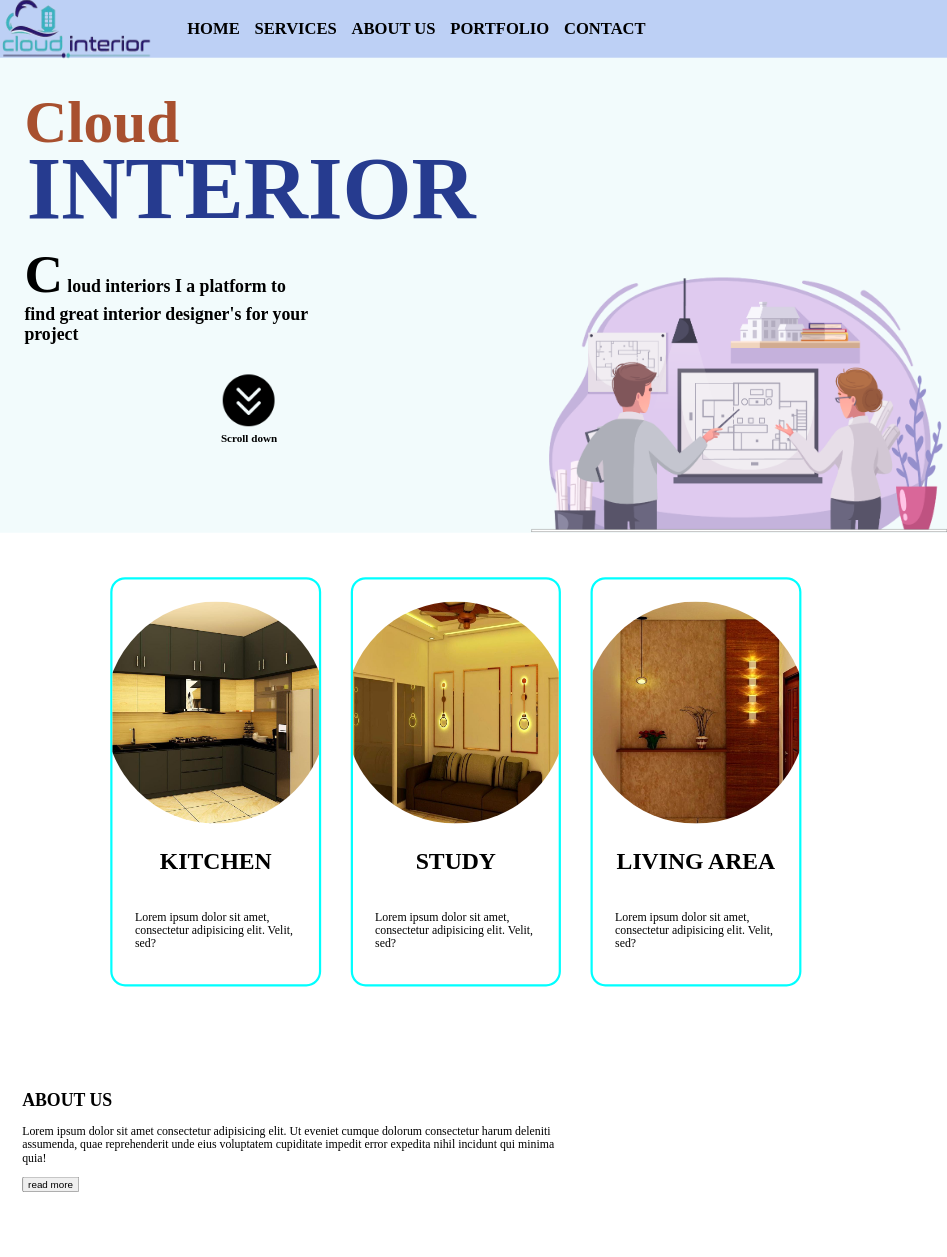
Repository: Ganavid/ganavidgowda.github.io
Page: cloud interior/‌index.html
The author's editor kept a copy of each file at every save. The page is drawn from the files as they stood at one save, then again after a run of saves.
The browser window is 1280 px wide. The pictures show the whole page, at 74% of full size.

Above is the page before, as saved 2023-03-04 02:59:21.

### cloud interior/‌index.html
<!DOCTYPE html>
<html lang="en">

<head>
    <meta charset="UTF-8">
    <meta http-equiv="X-UA-Compatible" content="IE=edge">
    <meta name="viewport" content="width=device-width, initial-scale=1.0">
    <link rel="stylesheet" href="interial.css">
    <title>cloud</title>
</head>

<body>
    <div id="mainr">
    <nav id="navbar">
        <div id="logocnt">
            <img id="logo" src="Layer 2.png" alt="the company" width="100px" height="50px">

        </div>
        <ul id="contents">
            <li class="item">
                <a href="interial.html">HOME</a>
            </li>
            <li class="item">
                <a href="#SERVICES">SERVICES</a>
            </li>
            <li class="item">
                <a href="about.html">ABOUT US</a>
            </li>
            <li class="item">
                <a href="gallery.html">PORTFOLIO</a>
            </li>
            <li class="item">
                <a href="register.html">CONTACT</a>
            </li>
        </ul>
    </nav>
</div>
    <div id="content2">
        <div id="subcontent">
            <h1>Cloud <br><span>Interior</span> </h1>
            <p><span>C</span>   loud interiors I a platform
                to find great interior designer's
                for your project
            </p>
            <img src="scroll.png" alt="scroll down" id="scro">
            <p style="font-size: 15px;align-self: center;">Scroll down</p>
        </div>

        <div id="subcntimg">
            <img src="Group 1.png" alt=" studio" id="starter">
        </div>
    </div>

    <div id="ser">
        <!-- <h2 style="text-align: center;">SERVICES WE OFFER</h2> -->
        <div id="services">

            <div class="items">
                <img class="img1" src="ki1.jpeg" width="200px" height="300px" alt="kitchen">
                <h3 style="font-size: 200%;font-family: Montserrat;font-weight: SemiBold;text-transform: capitalize;">KITCHEN</h3>
                <p>Lorem ipsum dolor sit
                    amet, consectetur adipisicing
                    elit. Velit, sed?
                </p>
            </div>
            <div class="items">
                <img class="img1" src="h4.jpeg" width="200px" height="300px" alt="studyroom">
                <h3 style="font-size: 200%;font-family: Montserrat;font-weight: SemiBold; text-transform: capitalize;">STUDY</h3>
                <p>Lorem ipsum dolor sit
                    amet, consectetur adipisicing
                    elit. Velit, sed?
                </p>
            </div>
            <div class="items">
                <img class="img1" src="h2.jpeg" width="200px" height="300px" alt="bathroom">
                <h3 style="font-size: 200%;font-family: Montserrat;font-weight: SemiBold;text-transform: capitalize;">LIVING AREA</h3>
                <p>Lorem ipsum dolor sit
                    amet, consectetur adipisicing
                    elit. Velit, sed?
                </p>
            </div>
        </div>

    </div>
    <div id="about">
        <h2>ABOUT US</h2>
        <p id="abtcon">Lorem ipsum dolor sit amet consectetur adipisicing elit. Ut eveniet cumque dolorum consectetur
            harum deleniti assumenda, quae reprehenderit unde eius voluptatem cupiditate impedit error expedita nihil
            incidunt qui minima quia!</p>
        <button id="button">read more</button>
    </div>

</body>

</html>

### cloud interior/interial.css
body{
    margin: 0px;
    padding: 0px;
    border: 0px;
}


nav{
    display: flex;
    justify-content: left;
    background-color: #BDD0F5;
    padding: 3px;
    align-items: center;
    position: fixed;
    width: 100vw;
    height: 10vh;
    min-height: 20px;
}

#logocnt{
    display: flex;
    flex-direction: row;
    margin:8px 0px 8px 0px;
    padding-top: 5px;
    padding-bottom: 5px;
}

#logo{
    height: 80px;
    width: 200px;
    margin:8px 0px 8px 0px;
    padding-top: 10px;
    padding-bottom: 10px;
}

#contents{
    display: flex;
    flex-direction: row;
    list-style: none;

}
#contents li{
    display: flex;
    flex-direction: row;
    list-style: none;
    margin: 0px 10px 0px 10px;

}


#contents li a{
    text-decoration: none;
    margin: 0xp 10px 0px 10px;
    color:white;
    font-family: ebrima;
    font-weight: bold;
    font-size: 140%;
    color: black;
}

#content2 {
    display: flex;
    flex-direction:row;
    margin: 0px;
    padding: 0px;
    justify-content:space-between;
    height: 100vh;
    background-color: #3abccb11;
}


#subcontent{
    display: flex;
    flex-direction: column;
    width: 50%;
    align-items: normal;
    justify-content: center;
    margin: 3px;
    padding: 5px;
}

#subcontent h1 {
    color: #A8502F;
    font-size: 500%;
    font-family: Arial Rounded MT;
    font-weight: bold;
    margin: 3px;
    padding: 5px;
    margin-left: 20px;
    line-height: 90px;
}

#subcontent h1 span{
    color: #263B8F;
    font-size: 150%;
    margin: 3px;
    text-transform: uppercase;
}

#subcontent p{
    max-width: 60%;
    font-size: 150%;
    font-family: Ebrima;
    font-weight: bold;
    margin: 3px;
    padding: 5px;
    margin-left: 20px;
}

#subcontent p span{
    font-size: 300%;
}

#scro{
    height: 70px;
    width: 70px;
    display: flex;
    align-self: center;
    margin-top: 5%;
    margin-left: 15px;
}

#subcntimg{
    display: flex;
    flex-direction: row;
    align-self: flex-end;
    justify-content: flex-end;
    width: 50%;
    height: 100%;
}

#starter{
    align-self: flex-end;
    width: 90%;
    margin-bottom: 1px;

}

/* img{
    margin-top: 20px;
    width: 400px;
    align-items: center;
} */

#ser{
    /* border: solid aquamarine; */
    margin: 20px;
    padding: 20px;
    width: 90%;
    justify-content: space-around;

}
#services{
    display: flex;
    flex-direction: row;
    overflow:hidden;
    padding: 30px;
    padding-top: 0;
    justify-content: center;
}
.items{
    display: flex;
    flex-direction: column;
    overflow:hidden;
    padding: 30px;
    border: solid aqua;
    align-content: space-around;
    margin: 20px;
    align-items: center;
    justify-content: center;
    border-radius: 20px;
    max-width: 20%;
}

.img1{
    border-radius: 100%;
    width:300px;

}

#about{
    background-color: ;
    justify-content: center;
    height: 30vh;
    padding: 30px;
}

#abtcon{
    width: 60%;
}

After the next 2 saves:
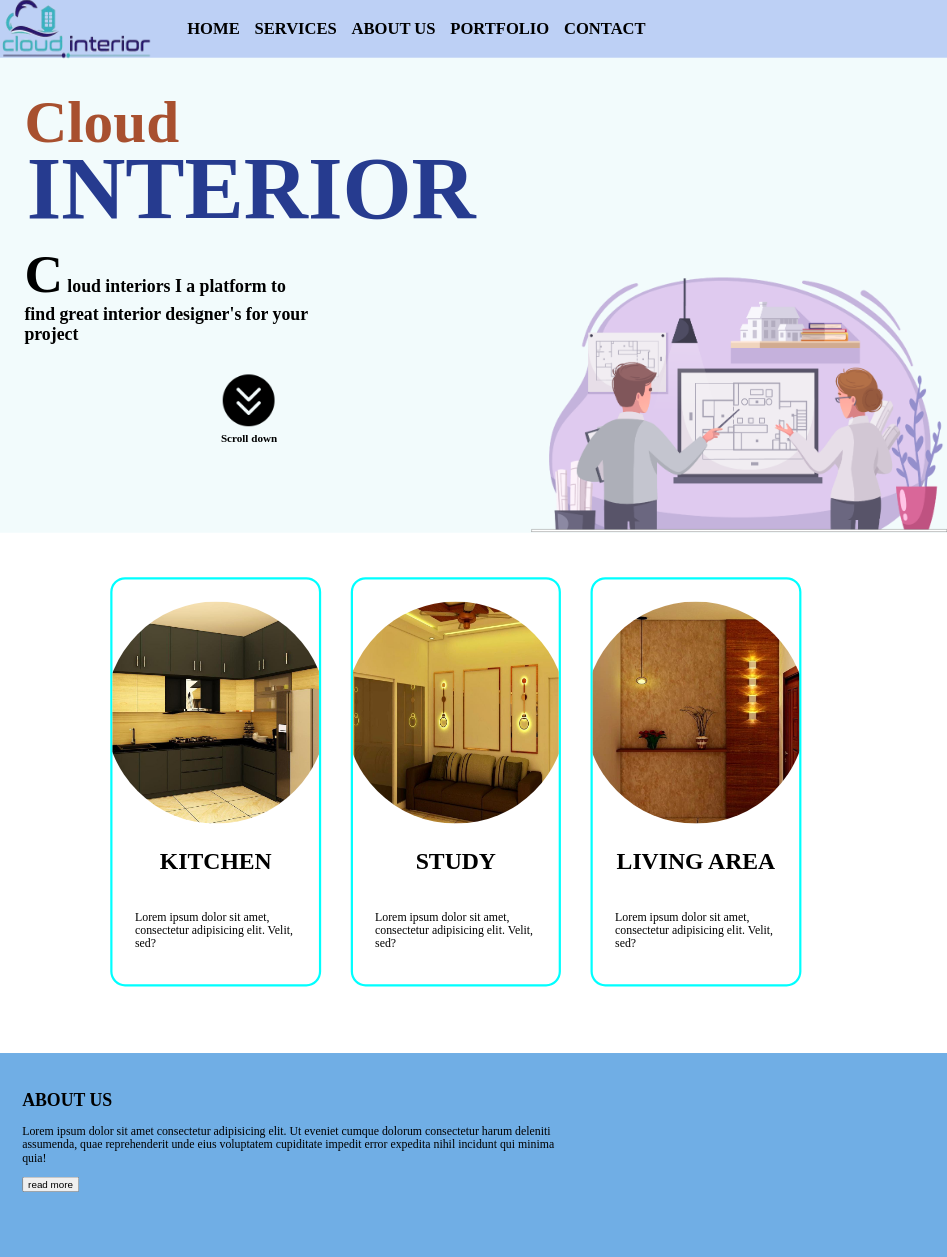
The 2 saves are shown as one change because they came seconds apart.
The last was saved 14 s later.
--- a/cloud interior/interial.css
+++ b/cloud interior/interial.css
@@ -179,7 +179,7 @@ nav{
 }
 
 #about{
-    background-color: ;
+    background-color: #70AEE5;
     justify-content: center;
     height: 30vh;
     padding: 30px;
